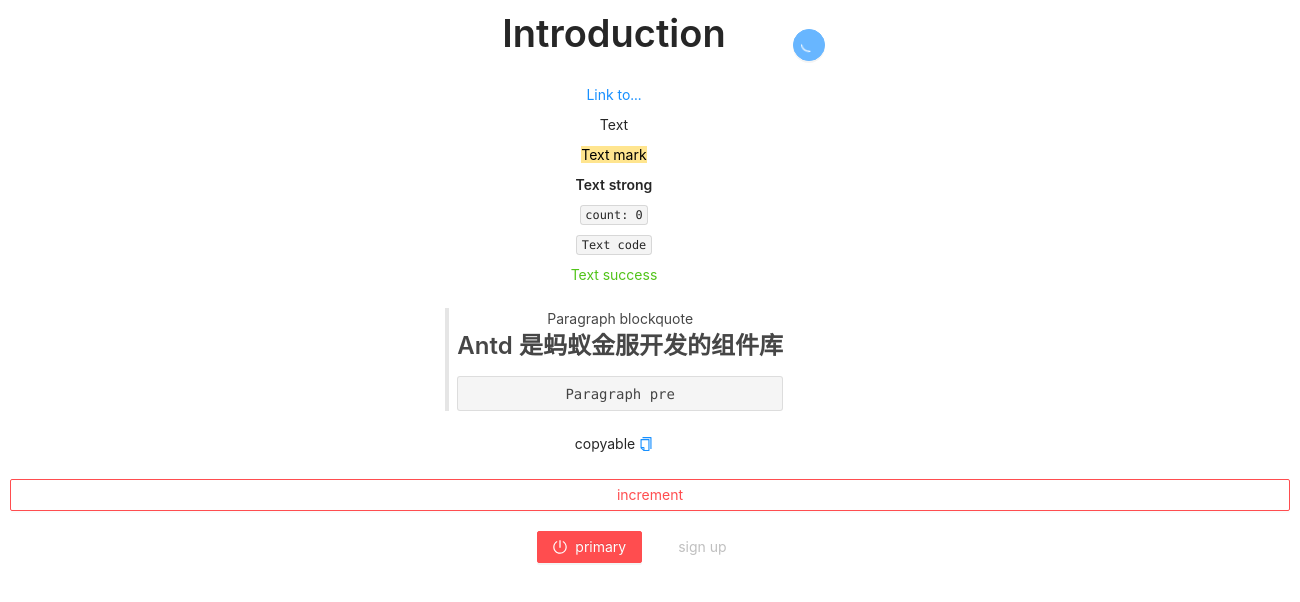
Repository: ErosHai/antd-demo
Page: /
These files come from the project's save history. The page is drawn as it stood at one moment and after a run of saves; the edit follows.
The browser window is 1280 px wide. The page is 1300 px wide, so the pictures cover 1300 px, including what lies to the right of the window. The pictures show the whole page.
The project was rebuilt for these pictures with package versions that can differ from the ones it lists, and the page was loaded fresh each time.

Above is the page before, as saved 2022-04-12 15:48:43.

### src/index.js
import React from 'react'
import { createRoot } from 'react-dom/client'
import './index.css'
import App from './App'
import reportWebVitals from './reportWebVitals'

const root = createRoot(document.getElementById('root'))
root.render(<App />)

// If you want to start measuring performance in your app, pass a function
// to log results (for example: reportWebVitals(console.log))
// or send to an analytics endpoint. Learn more: https://bit.ly/CRA-vitals
reportWebVitals()

### src/App.js
import './App.css'
import { Button, Tooltip, Typography, Space } from 'antd'
import { BlockOutlined, SearchOutlined } from '@ant-design/icons'
import { useState } from 'react'
import { PoweroffOutlined } from '@ant-design/icons'

function App() {
	const [count, setCount] = useState(0)

	const { Title, Paragraph, Link, Text } = Typography

	const blockContent = `  Antd 是蚂蚁金服开发的组件库`

	return (
		<div className="App">
			<Space direction="vertical">
				<Title>Introduction</Title>
				<Link href="https://www.baidu.com">Link to...</Link>
				<Text>Text</Text>
				<Text mark>Text mark</Text>
				<Text strong>Text strong</Text>
				<Text code> {`count: ${count}`} </Text>
				<Text code>Text code</Text>
				<Text type="success">Text success</Text>
				<Paragraph>
					<blockquote>
						Paragraph blockquote
						<Title level={3}> {blockContent} </Title>
						<pre>Paragraph pre</pre>
					</blockquote>
				</Paragraph>
				<Paragraph copyable={{ tooltips: ['click here', 'you clicked!!'] }}>
					copyable
				</Paragraph>
			</Space>

			<Tooltip title="search">
				<Button
					type="primary"
					shape="circle"
					loading="true"
					icon={<SearchOutlined />}
				></Button>
			</Tooltip>
			<Button
				type="default"
				onClick={() => {
					setCount(count + 1)
				}}
				block
				ghost
				danger
			>
				increment
			</Button>
			<Button type="primary" danger icon={<PoweroffOutlined />}>
				primary
			</Button>
			<Button type="text" disabled>
				sign up
			</Button>
		</div>
	)
}

export default App

### src/App.css
@import '~antd/dist/antd.css';

.App {
  text-align: center;
  /* background-color: #282c34; */
  padding:10px 0px;

}

.App button {
  margin:  10px;
}
.App-logo {
  height: 40vmin;
  pointer-events: none;
}

@media (prefers-reduced-motion: no-preference) {
  .App-logo {
    animation: App-logo-spin infinite 20s linear;
  }
}

.App-header {
  background-color: #282c34;
  min-height: 100vh;
  display: flex;
  flex-direction: column;
  align-items: center;
  justify-content: center;
  font-size: calc(10px + 2vmin);
  color: white;
}

.App-link {
  color: #61dafb;
}

@keyframes App-logo-spin {
  from {
    transform: rotate(0deg);
  }
  to {
    transform: rotate(360deg);
  }
}

Loaded but not shown: public/index.html (common file); src/index.css (common file); src/reportWebVitals.js (common file)

After the next 6 saves:
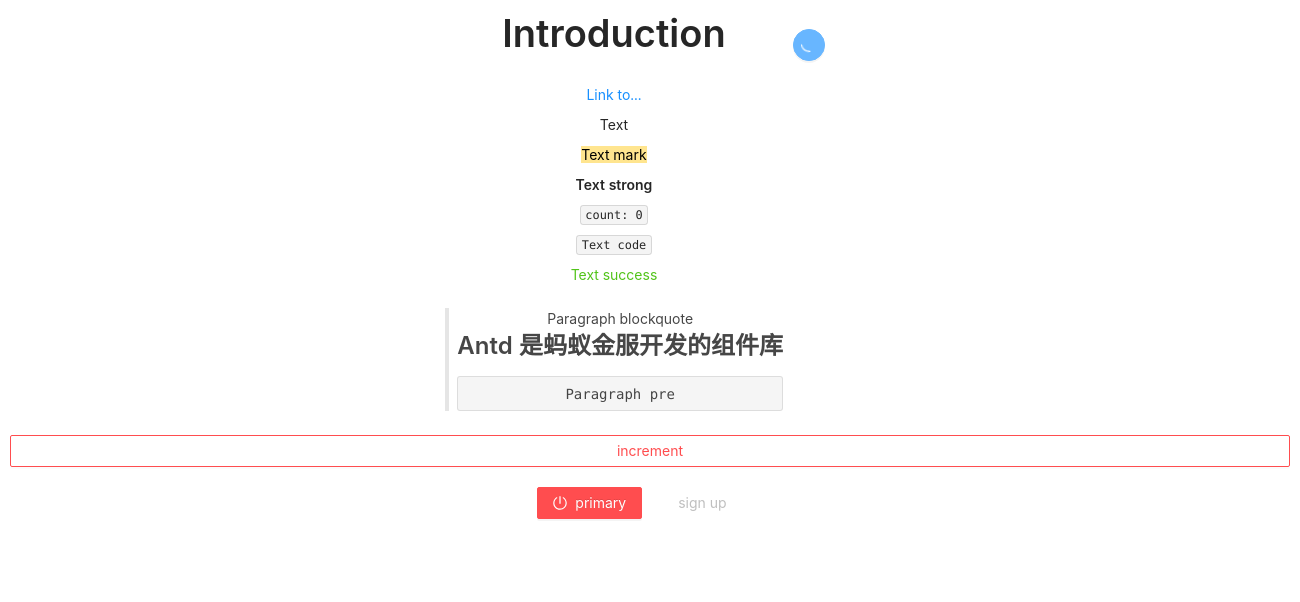
The 6 saves are shown as one change because 2 did not build or start and some came seconds apart.
The last was saved 96 s later.
--- a/src/App.js
+++ b/src/App.js
@@ -28,9 +28,6 @@
 						<Title level={3}> {blockContent} </Title>
 						<pre>Paragraph pre</pre>
 					</blockquote>
-				</Paragraph>
-				<Paragraph copyable={{ tooltips: ['click here', 'you clicked!!'] }}>
-					copyable
 				</Paragraph>
 			</Space>
 

After the save that followed:
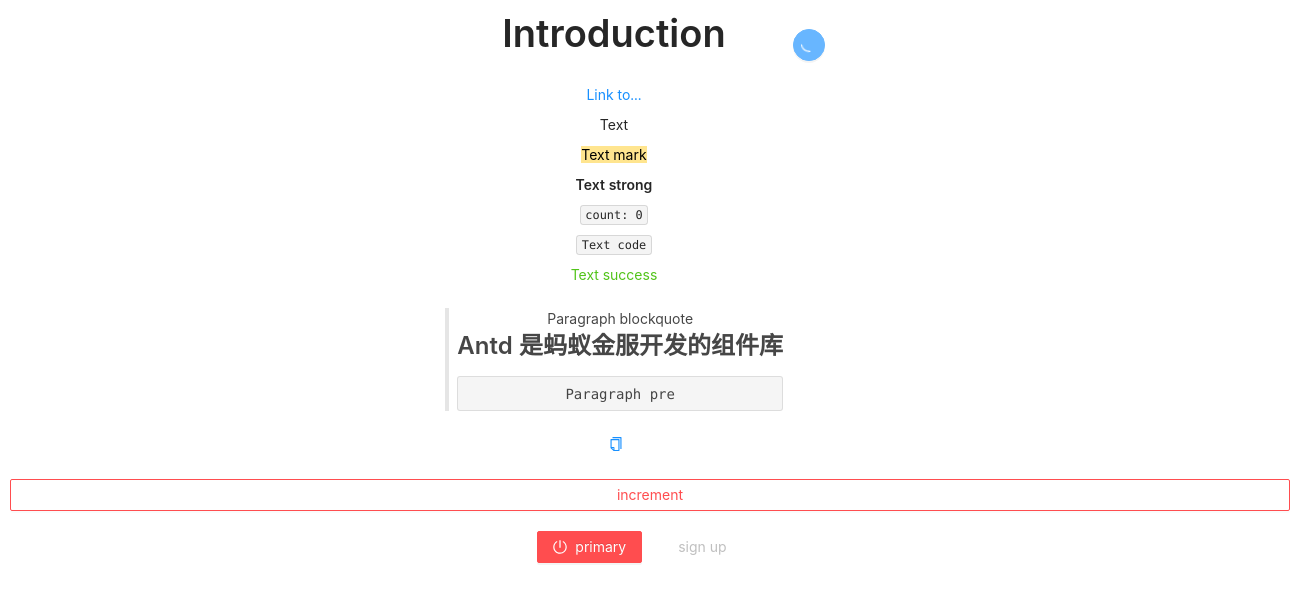
Saved 16 s later.
--- a/src/App.js
+++ b/src/App.js
@@ -29,6 +29,7 @@
 						<pre>Paragraph pre</pre>
 					</blockquote>
 				</Paragraph>
+				<Paragraph copyable></Paragraph>
 			</Space>
 
 			<Tooltip title="search">
